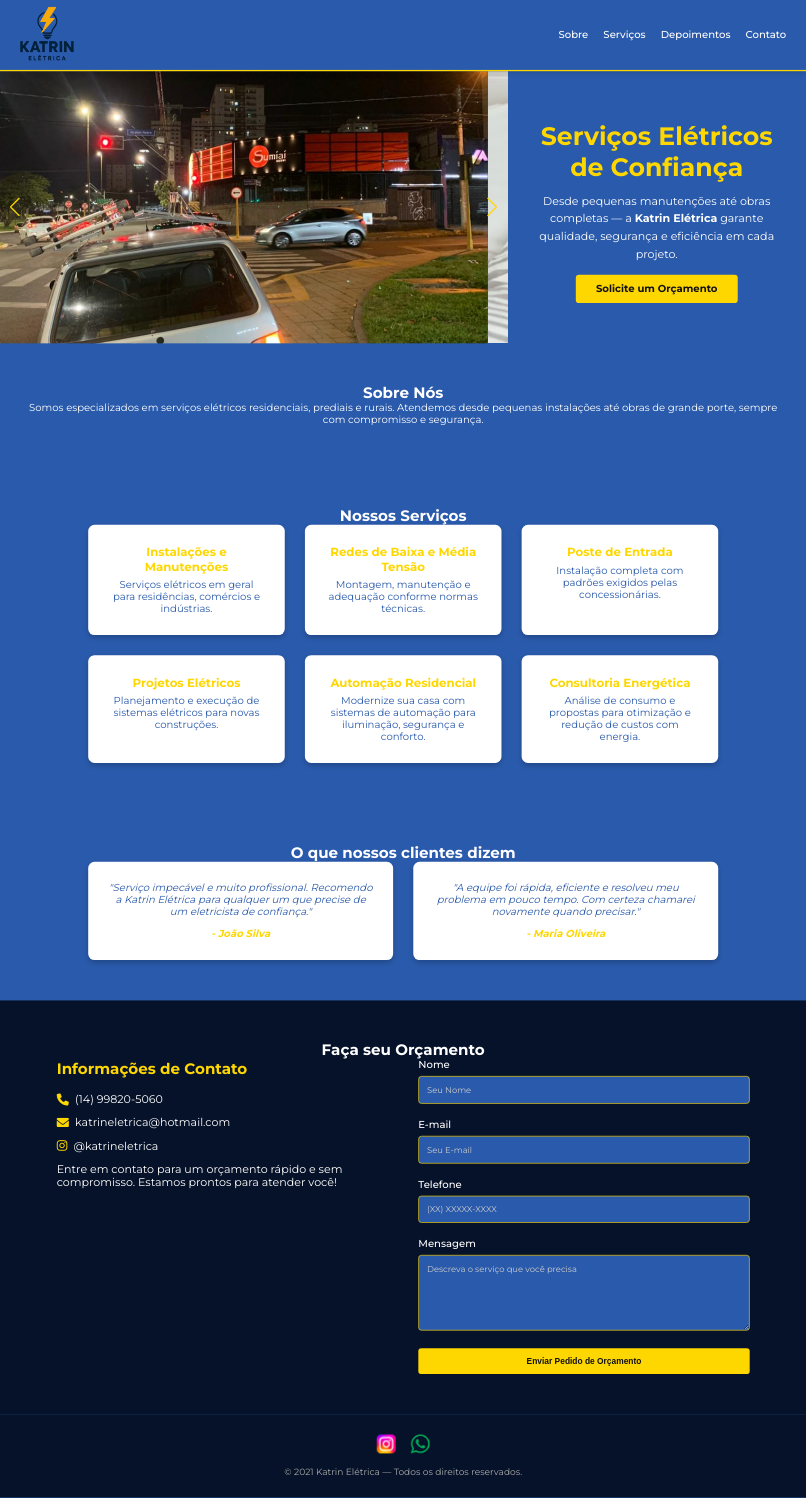
Repository: Jvcamargo1/katrin-site
Page: index.html
The author's editor kept a copy of each file at every save. The page is drawn from the files as they stood at one save, then again after the next save.
The browser window is 1280 px wide. The pictures show the whole page, at 63% of full size.

Above is the page before, as saved 2025-11-06 21:28:53.

### index.html
<!DOCTYPE html>
<html lang="pt-BR">
<head>
  <meta charset="UTF-8" />
  <meta name="viewport" content="width=device-width, initial-scale=1.0" />
  <title>Katrin Elétrica | Serviços Elétricos em Geral</title>
  <link rel="stylesheet" href="style.css">
  <link rel="stylesheet" href="https://cdnjs.cloudflare.com/ajax/libs/font-awesome/6.0.0-beta3/css/all.min.css">
  <!-- 1. Adicionar o CSS do Swiper.js -->
  <link rel="stylesheet" href="https://cdn.jsdelivr.net/npm/swiper@11/swiper-bundle.min.css" />
</head>
<body>
  <header>
    <div class="logo">
      <img src="logoke.png" alt="Logo Katrin Elétrica" />
    </div>
    <button class="menu-toggle" id="menu-toggle" aria-label="Abrir menu">
      <span class="bar"></span>
      <span class="bar"></span>
      <span class="bar"></span>
    </button>
    <nav id="nav">
      <a href="#sobre">Sobre</a>
      <a href="#servicos">Serviços</a>
      <a href="#depoimentos">Depoimentos</a>
      <a href="#contato">Contato</a>
    </nav>
  </header>

  <main>
    <section id="hero">
      <!-- Estrutura do Carrossel -->
      <div class="swiper hero-carousel">
        <div class="swiper-wrapper">
          <!-- Slides com imagens de exemplo (substitua pelas suas) -->
          <div class="swiper-slide"><img src="servico-1.jpg" alt="Instalação de quadro elétrico"></div>
          <div class="swiper-slide"><img src="servico-2.jpg" alt="Manutenção em rede de média tensão"></div>
          <div class="swiper-slide"><img src="servico-3.jpg" alt="Projeto de automação residencial"></div>
        </div>
        <!-- Botões de navegação -->
        <div class="swiper-button-next"></div>
        <div class="swiper-button-prev"></div>
      </div>
      <!-- Conteúdo sobreposto -->
      <div class="hero-content">
        <h2>Serviços Elétricos de Confiança</h2>
        <p>Desde pequenas manutenções até obras completas — a <strong>Katrin Elétrica</strong> garante qualidade, segurança e eficiência em cada projeto.</p>
        <a href="#contato" class="cta-button">Solicite um Orçamento</a>
      </div>
    </section>

    <section id="sobre">
      <h2>Sobre Nós</h2>
      <p>Somos especializados em serviços elétricos residenciais, prediais e rurais. Atendemos desde pequenas instalações até obras de grande porte, sempre com compromisso e segurança.</p>
    </section>

    <section id="servicos">
      <h2>Nossos Serviços</h2>
      <div class="servicos ">
        <div class="card hidden">
          <h3>Instalações e Manutenções</h3>
          <p>Serviços elétricos em geral para residências, comércios e indústrias.</p>
        </div>
        <div class="card hidden">
          <h3>Redes de Baixa e Média Tensão</h3>
          <p>Montagem, manutenção e adequação conforme normas técnicas.</p>
        </div>
        <div class="card hidden">
          <h3>Poste de Entrada</h3>
          <p>Instalação completa com padrões exigidos pelas concessionárias.</p>
        </div>
        <div class="card hidden">
          <h3>Projetos Elétricos</h3>
          <p>Planejamento e execução de sistemas elétricos para novas construções.</p>
        </div>
        <div class="card hidden">
          <h3>Automação Residencial</h3>
          <p>Modernize sua casa com sistemas de automação para iluminação, segurança e conforto.</p>
        </div>
        <div class="card hidden">
          <h3>Consultoria Energética</h3>
          <p>Análise de consumo e propostas para otimização e redução de custos com energia.</p>
        </div>
      </div>
    </section>

    <section id="depoimentos">
      <h2>O que nossos clientes dizem</h2>
      <div class="depoimentos">
        <div class="depoimento-card hidden">
          <p>"Serviço impecável e muito profissional. Recomendo a Katrin Elétrica para qualquer um que precise de um eletricista de confiança."</p>
          <p class="autor">- João Silva</p>
        </div>
        <div class="depoimento-card hidden">
          <p>"A equipe foi rápida, eficiente e resolveu meu problema em pouco tempo. Com certeza chamarei novamente quando precisar."</p>
          <p class="autor">- Maria Oliveira</p>
        </div>
      </div>
    </section>

    <section id="contato">
      <h2>Faça seu Orçamento</h2>
      <div class="contato-wrapper">
        <div class="contato-info">
          <h3>Informações de Contato</h3>
          <p><i class="fas fa-phone"></i> <a href="https://wa.me/5514998205060" target="_blank">(14) 99820-5060</a></p>
          <p><i class="fas fa-envelope"></i> <a href="mailto:katrineletrica@hotmail.com">katrineletrica@hotmail.com</a></p>
          <p><i class="fab fa-instagram"></i> <a href="https://instagram.com/katrineletrica" target="_blank">@katrineletrica</a></p>
          <p>Entre em contato para um orçamento rápido e sem compromisso. Estamos prontos para atender você!</p>
        </div>
        <div class="contato-form-wrapper">
          <form class="contato-form" id="contact-form">
            <div class="form-group">
              <label for="nome">Nome</label>
              <input type="text" id="nome" name="nome" placeholder="Seu Nome" required>
            </div>
            <div class="form-group">
              <label for="email">E-mail</label>
              <input type="email" id="email" name="email" placeholder="Seu E-mail" required>
            </div>
            <div class="form-group">
              <label for="telefone">Telefone</label>
              <input type="tel" id="telefone" name="telefone" placeholder="(XX) XXXXX-XXXX">
            </div>
            <div class="form-group">
              <label for="mensagem">Mensagem</label>
              <textarea id="mensagem" name="mensagem" placeholder="Descreva o serviço que você precisa" required></textarea>
            </div>
            <button type="submit" class="cta-button">Enviar Pedido de Orçamento</button>
          </form>
          <p id="form-message"></p>
        </div>
      </div>
    </section>
  </main>

  <footer>
    <div class="social-links">
      <a href="https://instagram.com/katrineletrica" target="_blank"><img src="instalogo.png" alt="Instagram" class="social-icon"></a>
      <a href="https://wa.me/5514998205060" target="_blank"><img src="wpplogov.png" alt="WhatsApp" class="social-icon"></a>
    </div>
    <p id="footer-year">© 2025 Katrin Elétrica — Todos os direitos reservados.</p>
  </footer>

  <!-- 2. Adicionar o JavaScript do Swiper.js -->
  <script src="https://cdn.jsdelivr.net/npm/swiper@11/swiper-bundle.min.js"></script>

  <script>
    const toggle = document.getElementById("menu-toggle");
    const nav = document.getElementById("nav");
    toggle.addEventListener("click", () => nav.classList.toggle("active"));

    const contactForm = document.getElementById('contact-form');
    const formMessage = document.getElementById('form-message');
    const submitButton = contactForm.querySelector('button[type="submit"]');

    contactForm.addEventListener('submit', function (e) {
      e.preventDefault();

      const formData = new FormData(this);
      const data = {
        nome: formData.get('nome'),
        email: formData.get('email'),
        telefone: formData.get('telefone'),
        mensagem: formData.get('mensagem'),
      };

      // Mostra a mensagem de "Enviando..." e desabilita o botão
      formMessage.textContent = 'Enviando...';
      formMessage.style.color = 'var(--amarelo)';
      submitButton.disabled = true;

      // Simula um tempo de espera de 1.5 segundos (como se estivesse enviando)
      setTimeout(() => {
        // Exibe a mensagem de sucesso
        formMessage.textContent = 'Mensagem enviada com sucesso!';
        formMessage.style.color = 'lightgreen';

        // Limpa os campos do formulário
        contactForm.reset();

        // Reabilita o botão após o "envio"
        submitButton.disabled = false;

        // Opcional: faz a mensagem de sucesso desaparecer após 5 segundos
        setTimeout(() => {
          formMessage.textContent = '';
        }, 5000);
      }, 1500);
    });

    // Script para animação de entrada
    const observer = new IntersectionObserver((entries) => {
      entries.forEach((entry) => {
        if (entry.isIntersecting) {
          entry.target.classList.add('visible');
        }
      });
    });

    const hiddenElements = document.querySelectorAll('.hidden');
    hiddenElements.forEach((el) => observer.observe(el));

    // Script para atualizar o ano do rodapé automaticamente
    document.getElementById('footer-year').textContent = `© ${new Date().getFullYear()} Katrin Elétrica — Todos os direitos reservados.`;

    // 3. Inicializar o Swiper.js
    const swiper = new Swiper('.hero-carousel', {
      loop: true, // Faz o carrossel girar em loop
      autoplay: {
        delay: 5000, // Muda de imagem a cada 5 segundos
        disableOnInteraction: false,
      },
      navigation: {
        nextEl: '.swiper-button-next',
        prevEl: '.swiper-button-prev',
      },
    });
  </script>
</body>
</html>

### style.css
@import url('https://fonts.googleapis.com/css2?family=Montserrat:wght@400;500;700&display=swap');

:root {
  --azul: #2a5aab;
  --amarelo: #ffd700;
  --branco: #ffffff;
  --preto: #121212;
}

* { box-sizing: border-box; margin: 0; padding: 0; }

body {
  font-family: 'Montserrat', sans-serif;
  background-color: var(--azul);
  color: var(--branco);
  scroll-behavior: smooth;
}

header {
  display: flex;
  justify-content: space-between;
  align-items: center;
  padding: 0.7rem 2rem;
  background-color: var(--azul);
  border-bottom: 2px solid var(--amarelo);
  position: sticky;
  top: 0;
  box-shadow: 0 2px 10px rgba(0, 0, 0, 0.2);
  z-index: 10;
}

.logo img {
  height: 85px;
  width: auto;
}

nav {
  display: flex;
  align-items: center;
}

nav a {
  color: var(--branco);
  text-decoration: none;
  margin-left: 1.5rem;
  font-weight: 500;
  transition: 0.3s;
}

nav a:hover {
  color: var(--amarelo);
}

.menu-toggle {
  display: none;
  flex-direction: column;
  cursor: pointer;
}

.menu-toggle div {
  width: 25px;
  height: 3px;
  background: var(--amarelo);
  margin: 4px 0;
  transition: 0.3s;
}

@media (max-width: 768px) {
  nav {
    display: none;
    flex-direction: column;
    position: absolute;
    top: 70px;
    right: 0;
    width: 100%;
    background: var(--azul);
    text-align: center;
    padding: 1rem 0;
    border-top: 1px solid var(--amarelo);
  }

  nav.active { display: flex; }

  .menu-toggle { display: flex; }

  nav a { margin: 1rem 0; font-size: 1.1rem; }
}

section { padding: 4rem 2rem; text-align: center; }

#hero {
  position: relative; /* Essencial para o conteúdo sobreposto */
  padding: 0; /* Removemos o padding para o carrossel ocupar tudo */
  height: 60vh; /* Altura da seção hero, ajuste conforme preferir */
  display: flex;
  align-items: center;
  justify-content: center;
  color: var(--branco);
}

.hero-carousel {
  position: absolute;
  top: 0;
  left: 0;
  width: 100%;
  height: 100%;
}

.hero-carousel .swiper-slide img {
  width: 100%;
  height: 100%;
  object-fit: cover; /* Garante que a imagem cubra o slide sem distorcer */
}

.hero-content {
  position: relative; /* Fica acima do carrossel */
  z-index: 2;
  text-align: center;
  padding: 2rem;
  background-color: rgba(42, 90, 171, 0.7); /* Fundo semi-transparente para legibilidade */
  border-radius: 10px;
  max-width: 90%;
}

.hero-content h2 {
  font-size: 2.5rem;
  color: var(--amarelo);
  font-weight: 700;
}

.hero-content p {
  max-width: 600px;
  margin: 1rem auto 2rem;
  font-size: 1.1rem;
  line-height: 1.6;
}

.cta-button {
  background-color: var(--amarelo);
  color: var(--preto);
  padding: 0.8rem 2rem;
  border-radius: 5px;
  text-decoration: none;
  font-weight: 700;
  transition: background-color 0.3s;
}

.cta-button:hover {
  background-color: #ffed4a;
}

/* Estilizando as setas de navegação do Swiper */
.swiper-button-next, .swiper-button-prev {
  color: var(--amarelo) !important;
}
.swiper-button-next:after, .swiper-button-prev:after {
  font-size: 30px !important;
}

.servicos, .depoimentos {
  display: grid;
  grid-template-columns: repeat(auto-fit, minmax(250px, 1fr));
  gap: 2rem;
  max-width: 1000px;
  margin: auto;
}

.card, .depoimento-card {
  background-color: var(--branco);
  color: var(--azul);
  border-radius: 10px;
  padding: 2rem;
  box-shadow: 0 4px 8px rgba(0,0,0,0.2);
  transition: transform 0.3s;
}

.card:hover, .depoimento-card:hover {
  transform: translateY(-10px);
}

.card h3 {
  color: var(--amarelo);
  margin-bottom: 0.5rem;
}

.depoimento-card p {
  font-style: italic;
}

.depoimento-card .autor {
  margin-top: 1rem;
  font-weight: 700;
  color: var(--amarelo);
}

#contato p, #contato a {
  color: var(--branco);
  font-size: 1.1rem;
  text-decoration: none;
}

#contato a:hover { color: var(--amarelo); }

footer {
  background-color: #061229;
  padding: 2rem 1rem;
  text-align: center;
  color: #aaa;
  font-size: 0.9rem;
}

#contato {
  background-color: #061229;
}

.contato-wrapper {
  display: flex;
  gap: 3rem;
  max-width: 1100px;
  margin: auto;
  align-items: flex-start;
}

.contato-info,
.contato-form-wrapper {
  flex: 1;
  text-align: left;
}

.contato-info h3 {
  color: var(--amarelo);
  margin-bottom: 1.5rem;
  font-size: 1.5rem;
}

.contato-info p {
  margin-bottom: 1rem;
  display: flex;
  align-items: center;
  gap: 10px;
}

.contato-info i {
  color: var(--amarelo);
  font-size: 1.2rem;
}

.contato-form .form-group {
  margin-bottom: 1.5rem;
}

.contato-form label {
  display: block;
  margin-bottom: 0.5rem;
  font-weight: 500;
  color: var(--branco);
}

.contato-form input,
.contato-form textarea {
  width: 100%;
  padding: 0.8rem;
  border: 1px solid var(--amarelo);
  border-radius: 5px;
  background-color: var(--azul);
  color: var(--branco);
  font-family: inherit;
}

.contato-form input:focus,
.contato-form textarea:focus {
  outline: none;
  border-color: var(--amarelo);
  box-shadow: 0 0 8px rgba(255, 215, 0, 0.5);
}

.contato-form input::placeholder,
.contato-form textarea::placeholder {
  color: #ccc;
}

.contato-form textarea {
  min-height: 120px;
  resize: vertical;
}

.contato-form .cta-button {
  width: 100%;
  border: none;
  cursor: pointer;
}

.social-links {
  margin-bottom: 1rem;
}

.social-icon {
  width: 30px;
  height: 30px;
  margin: 0 10px;
  transition: transform 0.3s;
}

.social-icon:hover {
  transform: scale(1.1);
}

@media (max-width: 768px) {
  .contato-wrapper {
    flex-direction: column;
  }
}

/* Estilos para animação de entrada */
.hidden {
  opacity: 0;
  transform: translateY(20px);
  transition: opacity 0.6s ease-out, transform 0.6s ease-out;
}

.visible {
  opacity: 1;
  transform: translateY(0);
}

After the next save:
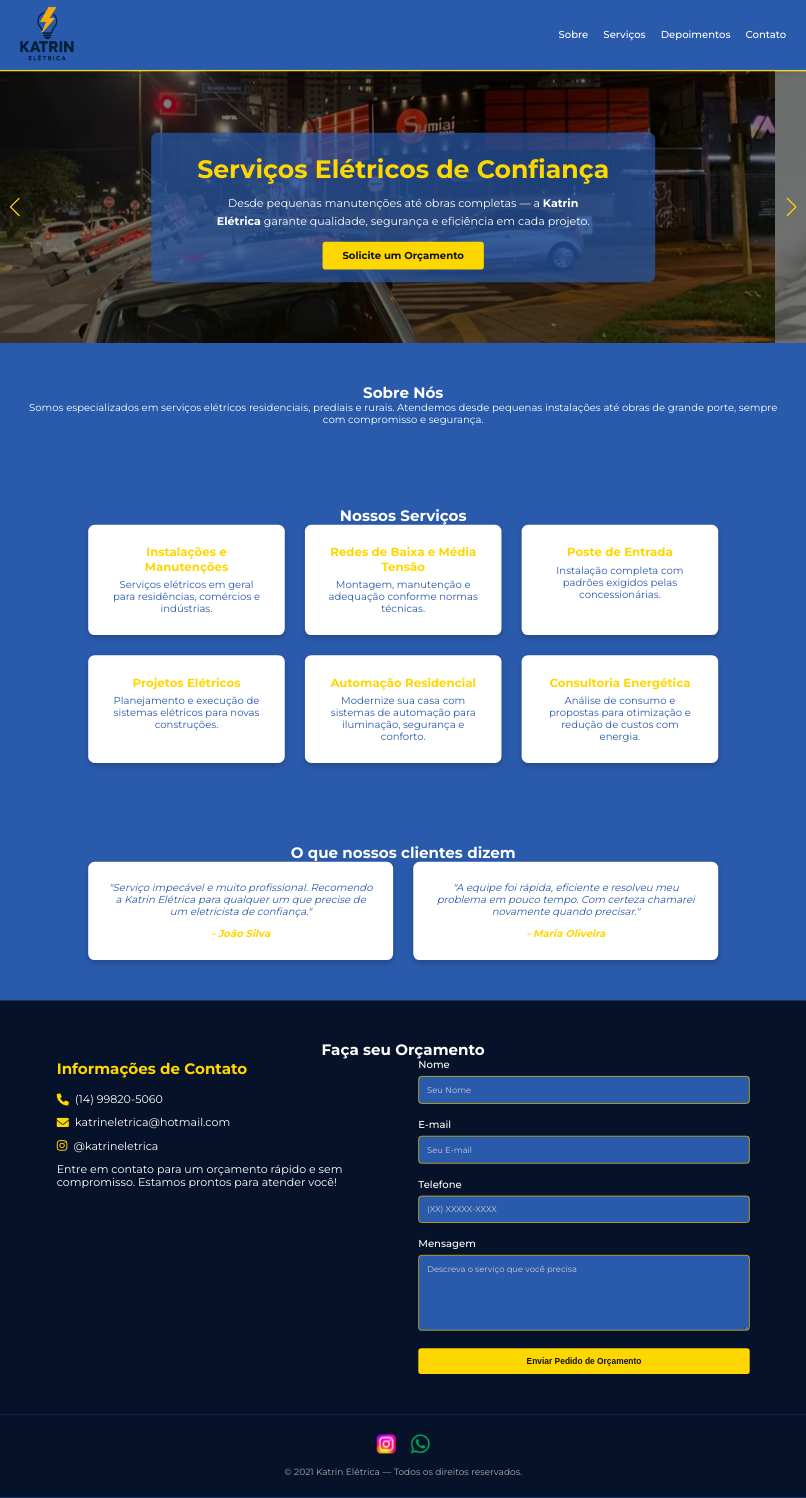
Saved 68 s later.
--- a/style.css
+++ b/style.css
@@ -112,6 +112,18 @@ section { padding: 4rem 2rem; text-align: center; }
   object-fit: cover; /* Garante que a imagem cubra o slide sem distorcer */
 }
 
+/* Adiciona uma sobreposição escura para melhorar a legibilidade do texto */
+.hero-carousel::after {
+  content: '';
+  position: absolute;
+  top: 0;
+  left: 0;
+  width: 100%;
+  height: 100%;
+  background-color: rgba(0, 0, 0, 0.5); /* Sobreposição preta com 50% de opacidade */
+  z-index: 1;
+}
+
 .hero-content {
   position: relative; /* Fica acima do carrossel */
   z-index: 2;
@@ -120,6 +132,13 @@ section { padding: 4rem 2rem; text-align: center; }
   background-color: rgba(42, 90, 171, 0.7); /* Fundo semi-transparente para legibilidade */
   border-radius: 10px;
   max-width: 90%;
+  /* Centraliza o conteúdo verticalmente e horizontalmente */
+  position: absolute;
+  top: 50%;
+  left: 50%;
+  transform: translate(-50%, -50%);
+  width: 90%; /* Garante que não toque as bordas em telas pequenas */
+  max-width: 800px; /* Limita a largura do texto para melhor leitura */
 }
 
 .hero-content h2 {
